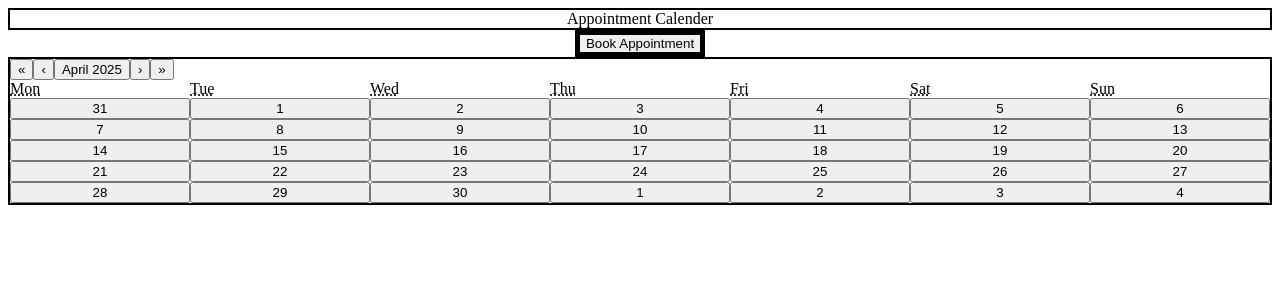
Repository: KennethEskandari/Appointment-Calender-
Page: / (app in Appointment-Calender/)
An editor plug-in stored every save of this project. The page is shown before and after the next save, followed by the edit.
The browser window is 1280 px wide. The pictures show the whole page.
The project was rebuilt for these pictures with package versions that can differ from the ones it lists, and the page was loaded fresh each time. Also part of the build but not shown: Appointment-Calender/vite.config.js.

Above is the page before, as saved 2025-04-15 19:39:28.

After the next save:
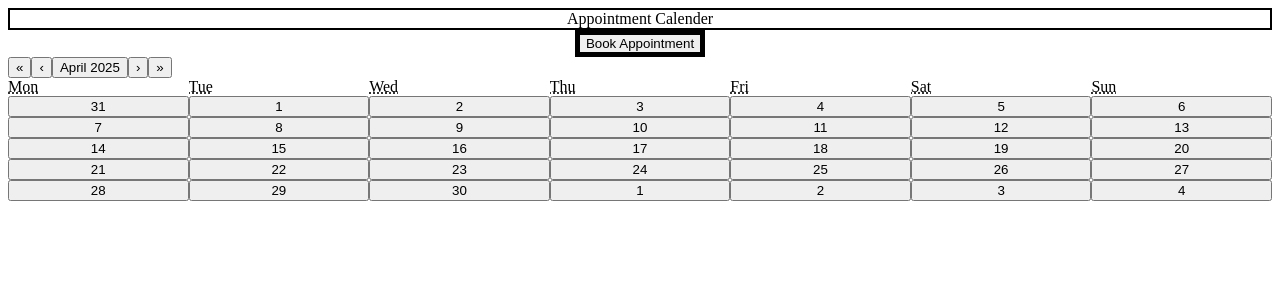
Saved 5 s later.
--- a/Appointment-Calender/src/App.jsx
+++ b/Appointment-Calender/src/App.jsx
@@ -8,7 +8,7 @@
     <div>
       <header className="h-16 border-2 text-center text-2xl bg-purple-400">Appointment Calender</header>
       <button className="text-2xl mx-auto block border-5 mt-8 bg-purple-400 rounded-lg px-4 py-1">Book Appointment</button>
-      <Calendar onChange={setDate} value={date} className="mx-auto mt-8 border-2 rounded-lg" />
+      <Calendar onChange={setDate} value={date} className="" />
     </div>
 
   )

After the save that followed:
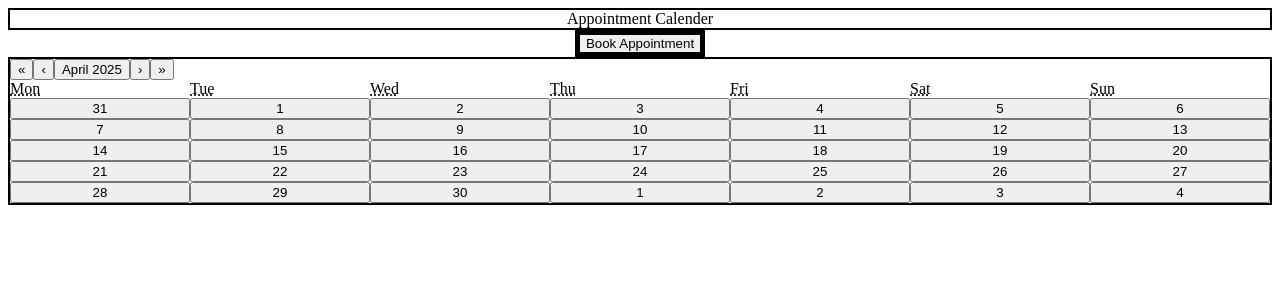
Saved 14 s later.
--- a/Appointment-Calender/src/App.jsx
+++ b/Appointment-Calender/src/App.jsx
@@ -8,7 +8,7 @@
     <div>
       <header className="h-16 border-2 text-center text-2xl bg-purple-400">Appointment Calender</header>
       <button className="text-2xl mx-auto block border-5 mt-8 bg-purple-400 rounded-lg px-4 py-1">Book Appointment</button>
-      <Calendar onChange={setDate} value={date} className="" />
+      <Calendar onChange={setDate} value={date} className="mx-auto mt-8 border-2 rounded-lg" />
     </div>
 
   )
